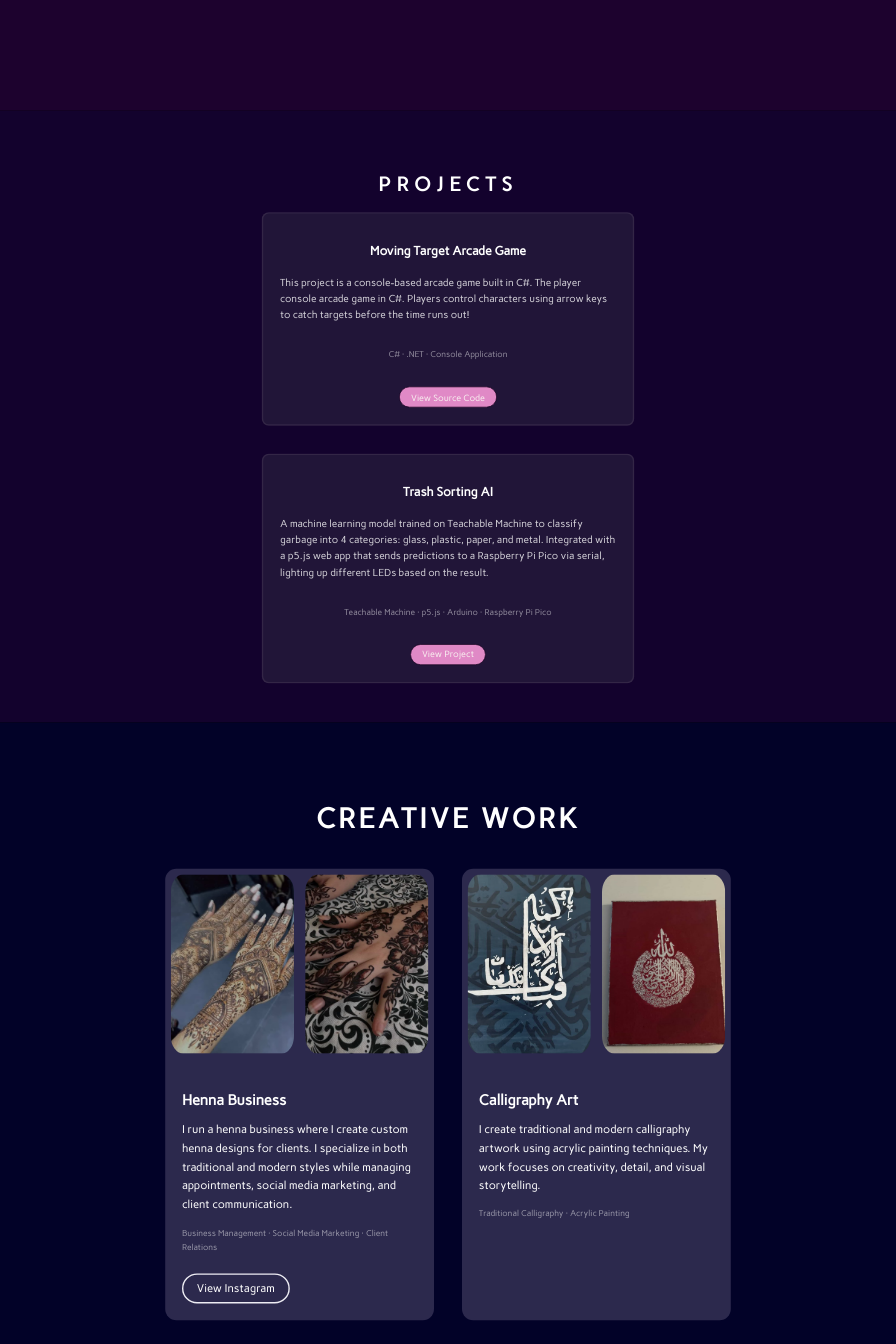
Repository: Rameen-A/Rameen-A
Page: index.html
These files come from the project's save history. The page is drawn as it stood at one moment and after the next save; the edit follows.
The browser window is 1280 px wide. The pictures show the part of the page from y = 1333 to 3253 px (the page is 3909 px tall before and 3867 px after), at 70% of full size.

Above is the page before, as saved 2026-05-30 16:59:53.

After the next save:
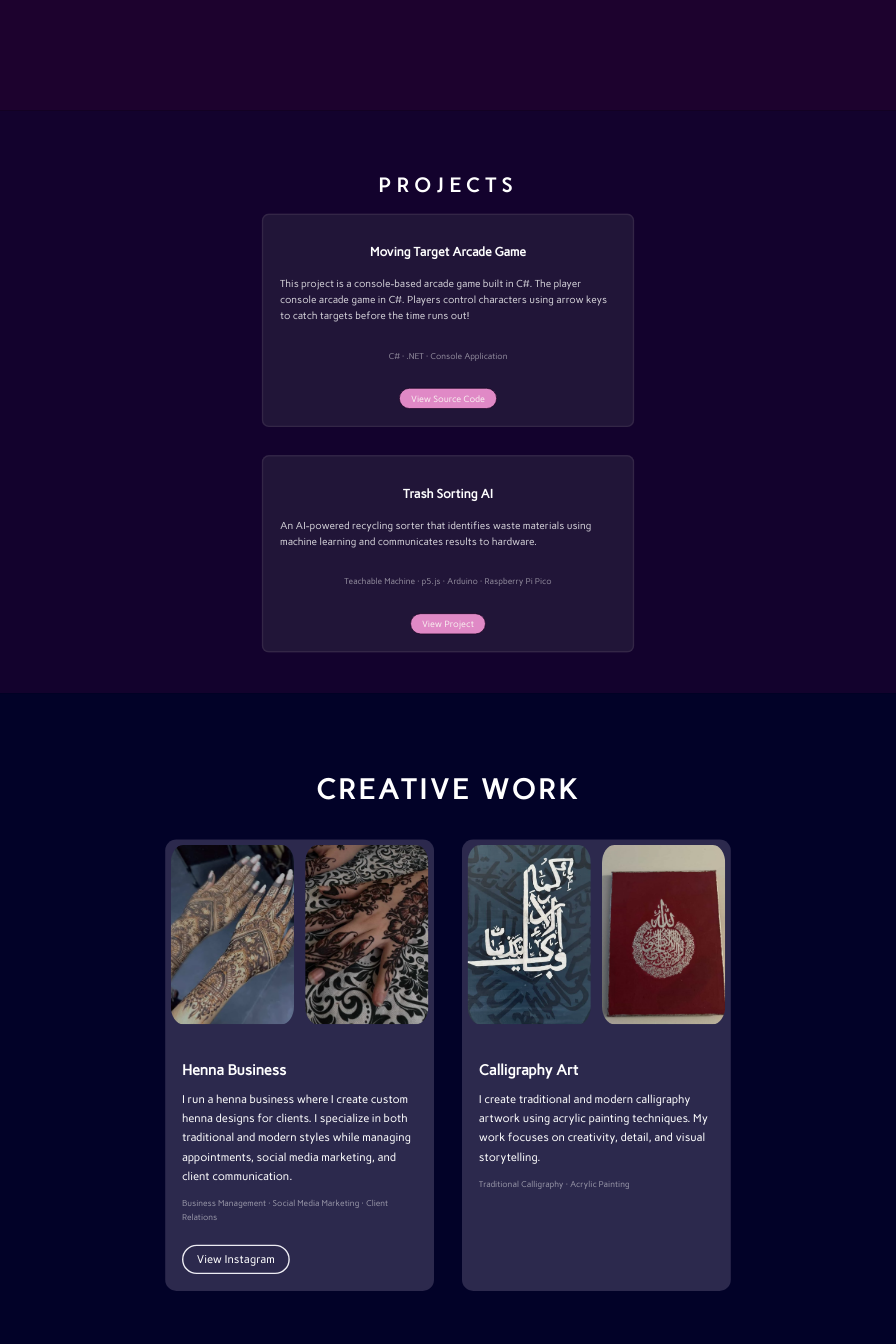
Saved 5 min 11 s later.
--- a/index.html
+++ b/index.html
@@ -7,7 +7,6 @@
     <link rel="stylesheet" href="./styles/globals.css" />
     <link rel="stylesheet" href="./styles/index.css" />
     <link rel="stylesheet" href="./styles/project-details.css" />
-
   </head>
   <body>
     <nav class="sidebar">
@@ -30,7 +29,7 @@
       <!-- About Me Section -->
       <section class="about" id="about">
         <img
-          src="assets/images/rameenPFP.jpg"
+          src="./assets/images/rameenPFP.jpg"
           alt="Profile Picture Of Rameen"
         />
 
@@ -60,9 +59,9 @@
           <article class="card">
             <h3>Moving Target Arcade Game</h3>
             <p>
-              This project is a console-based arcade game built in C#. The player
- console arcade game in C#. Players control characters using arrow keys to catch targets before the time runs out!
-
+              This project is a console-based arcade game built in C#. The
+              player console arcade game in C#. Players control characters using
+              arrow keys to catch targets before the time runs out!
             </p>
             <p class="tech">C# · .NET · Console Application</p>
             <a href="./pages/project-MovingTarget-1.html" target="_blank"
@@ -72,11 +71,8 @@
           <article class="card">
             <h3>Trash Sorting AI</h3>
             <p>
-              A machine learning model trained on Teachable Machine to classify
-              garbage into 4 categories: glass, plastic, paper, and metal.
-              Integrated with a p5.js web app that sends predictions to a
-              Raspberry Pi Pico via serial, lighting up different LEDs based on
-              the result.
+              An AI-powered recycling sorter that identifies waste materials
+              using machine learning and communicates results to hardware.
             </p>
             <p class="tech">
               Teachable Machine · p5.js · Arduino · Raspberry Pi Pico
